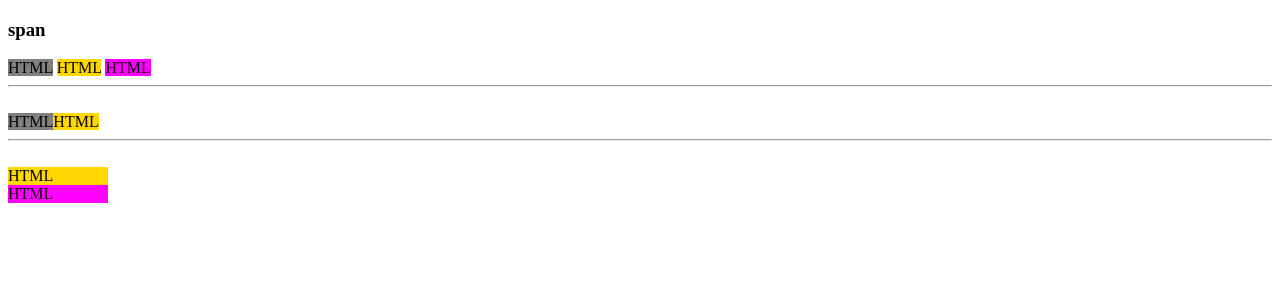
Repository: marudaga/html-css-lecture
Page: work/study/src/main/webapp/htmlEx/ch03/ex08.html
The author's editor kept a copy of each file at every save. The page is drawn from the files as they stood at one save, then again after the next save.
The browser window is 1280 px wide. The pictures show the whole page.

Above is the page before, as saved 2022-09-07 00:41:35.

After the next save:
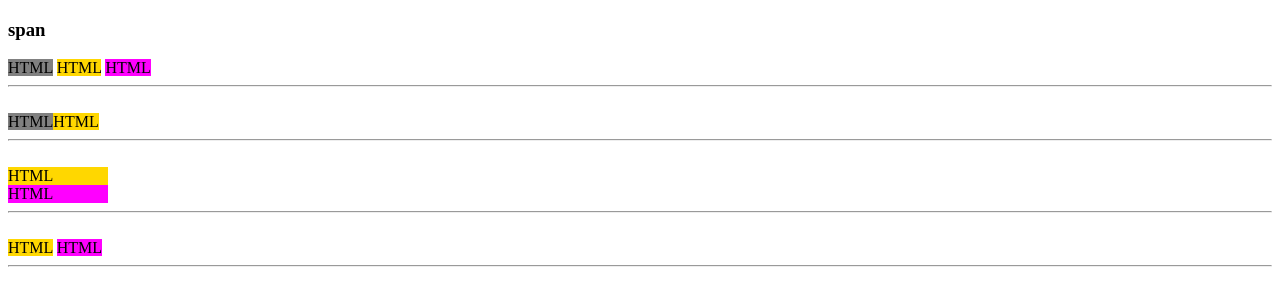
Saved 39 s later.
--- a/work/study/src/main/webapp/htmlEx/ch03/ex08.html
+++ b/work/study/src/main/webapp/htmlEx/ch03/ex08.html
@@ -19,5 +19,11 @@
 <!--  인라인 태그를 블록태그로 -->
 <span style="background: gold; display: block;width:100px;">HTML</span>
 <span style="background: fuchsia; display: block; width: 100px;">HTML</span>
+<hr><br>
+
+<!--  인라인 태그를 인라인 블록으로태그로 -->
+<span style="background: gold; display: inlne-block;width:100px;">HTML</span>
+<span style="background: fuchsia; display: inlne-block; width: 100px;">HTML</span>
+<hr><br>
 </body>
 </html>
